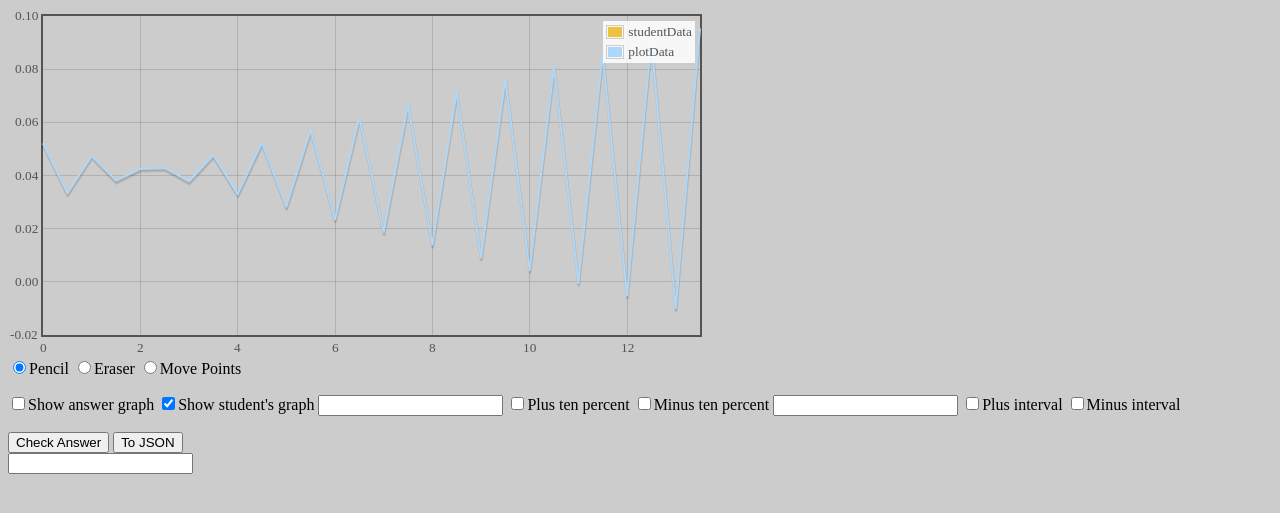
Repository: danmartelly/601autogradeGraphs
Page: flotSketching/test.html
The author's editor kept a copy of each file at every save. The page is drawn from the files as they stood at one save, then again after the next save.
The browser window is 1280 px wide. The pictures show the whole page.

Above is the page before, as saved 2014-01-30 17:21:30.

### flotSketching/test.html
<html>
<head>
	<title>Let's try Flot</title>
	<link href="test.css" rel="stylesheet" type="text/css">
	<script type="text/javascript" src="flot/jquery.js"></script>
	<script type="text/javascript" src="flot/jquery.flot.js"></script>
	<script type="text/javascript" src="jquery.flot.drawing.js"></script>
	<script type="text/javascript" src="JSON.js"></script>
	<script type="text/javascript" src="test.js"></script>
</head>
<body>
	<div id="content">
		<div class="demo-container">
			<div id="placeholder" class="demo-placeholder"></div>
		</div>
	</div>
	<form id="tool">
		<input id="pencilRadio" type="radio" name="tool" value="pencil" checked="checked">Pencil
		<input id ="eraserRadio" type="radio" name="tool" value="eraser">Eraser
		<input id="movePointRadio" type="radio" name="tool" value="movePoint">Move Points
	</form>
	<form id="showGraphs">
		<input id="answerCheckbox" type="checkbox" name="tool" value="answerGraph">Show answer graph
		<input id="studentCheckbox" type="checkbox" name="tool" value="studentGraph" checked="checked">Show student's graph
		<input id="percentAmount" type="text" name="tool">
		<input id="plusPercent" type="checkbox" name="tool" value="plusPercent">Plus ten percent
		<input id="minusPercent" type="checkbox" name="tool" value="minusPercent">Minus ten percent
		<input id="intervalAmount" type="text" name="tool">
		<input id="plusInterval" type="checkbox" name="tool" value="plusInterval">Plus interval
		<input id="minusInterval" type="checkbox" name="tool" value="minusInterval">Minus interval
	</form>
	<button id="compareButton" type="button">Check Answer</button>
	<button id="toJSON" type="button">To JSON</button>
	<div id="feedback">
	</div>
	<input type="text" id="jsonText">
</body>
</html>

### flotSketching/test.css
body {
	background-color: #CCCCCC;
}

#content {
	width: 880px;
}

.demo-container {
	width: 700px;
	height: 350px;
}

.demo-placeholder {
	width: 100%;
	height: 100%;
}

### flotSketching/JSON.js
/*
json2.js
2013-05-26

Public Domain.

NO WARRANTY EXPRESSED OR IMPLIED. USE AT YOUR OWN RISK.

See http://www.JSON.org/js.html


This code should be minified before deployment.
See http://javascript.crockford.com/jsmin.html

USE YOUR OWN COPY. IT IS EXTREMELY UNWISE TO LOAD CODE FROM SERVERS YOU DO
NOT CONTROL.


This file creates a global JSON object containing two methods: stringify
and parse.

JSON.stringify(value, replacer, space)
value any JavaScript value, usually an object or array.

replacer an optional parameter that determines how object
values are stringified for objects. It can be a
function or an array of strings.

space an optional parameter that specifies the indentation
of nested structures. If it is omitted, the text will
be packed without extra whitespace. If it is a number,
it will specify the number of spaces to indent at each
level. If it is a string (such as '\t' or '&nbsp;'),
it contains the characters used to indent at each level.

This method produces a JSON text from a JavaScript value.

When an object value is found, if the object contains a toJSON
method, its toJSON method will be called and the result will be
stringified. A toJSON method does not serialize: it returns the
value represented by the name/value pair that should be serialized,
or undefined if nothing should be serialized. The toJSON method
will be passed the key associated with the value, and this will be
bound to the value

For example, this would serialize Dates as ISO strings.

Date.prototype.toJSON = function (key) {
function f(n) {
// Format integers to have at least two digits.
return n < 10 ? '0' + n : n;
}

return this.getUTCFullYear() + '-' +
f(this.getUTCMonth() + 1) + '-' +
f(this.getUTCDate()) + 'T' +
f(this.getUTCHours()) + ':' +
f(this.getUTCMinutes()) + ':' +
f(this.getUTCSeconds()) + 'Z';
};

You can provide an optional replacer method. It will be passed the
key and value of each member, with this bound to the containing
object. The value that is returned from your method will be
serialized. If your method returns undefined, then the member will
be excluded from the serialization.

If the replacer parameter is an array of strings, then it will be
used to select the members to be serialized. It filters the results
such that only members with keys listed in the replacer array are
stringified.

Values that do not have JSON representations, such as undefined or
functions, will not be serialized. Such values in objects will be
dropped; in arrays they will be replaced with null. You can use
a replacer function to replace those with JSON values.
JSON.stringify(undefined) returns undefined.

The optional space parameter produces a stringification of the
value that is filled with line breaks and indentation to make it
easier to read.

If the space parameter is a non-empty string, then that string will
be used for indentation. If the space parameter is a number, then
the indentation will be that many spaces.

Example:

text = JSON.stringify(['e', {pluribus: 'unum'}]);
// text is '["e",{"pluribus":"unum"}]'


text = JSON.stringify(['e', {pluribus: 'unum'}], null, '\t');
// text is '[\n\t"e",\n\t{\n\t\t"pluribus": "unum"\n\t}\n]'

text = JSON.stringify([new Date()], function (key, value) {
return this[key] instanceof Date ?
'Date(' + this[key] + ')' : value;
});
// text is '["Date(---current time---)"]'


JSON.parse(text, reviver)
This method parses a JSON text to produce an object or array.
It can throw a SyntaxError exception.

The optional reviver parameter is a function that can filter and
transform the results. It receives each of the keys and values,
and its return value is used instead of the original value.
If it returns what it received, then the structure is not modified.
If it returns undefined then the member is deleted.

Example:

// Parse the text. Values that look like ISO date strings will
// be converted to Date objects.

myData = JSON.parse(text, function (key, value) {
var a;
if (typeof value === 'string') {
a =
/^(\d{4})-(\d{2})-(\d{2})T(\d{2}):(\d{2}):(\d{2}(?:\.\d*)?)Z$/.exec(value);
if (a) {
return new Date(Date.UTC(+a[1], +a[2] - 1, +a[3], +a[4],
+a[5], +a[6]));
}
}
return value;
});

myData = JSON.parse('["Date(09/09/2001)"]', function (key, value) {
var d;
if (typeof value === 'string' &&
value.slice(0, 5) === 'Date(' &&
value.slice(-1) === ')') {
d = new Date(value.slice(5, -1));
if (d) {
return d;
}
}
return value;
});


This is a reference implementation. You are free to copy, modify, or
redistribute.
*/

/*jslint evil: true, regexp: true */

/*members "", "\b", "\t", "\n", "\f", "\r", "\"", JSON, "\\", apply,
call, charCodeAt, getUTCDate, getUTCFullYear, getUTCHours,
getUTCMinutes, getUTCMonth, getUTCSeconds, hasOwnProperty, join,
lastIndex, length, parse, prototype, push, replace, slice, stringify,
test, toJSON, toString, valueOf
*/


// Create a JSON object only if one does not already exist. We create the
// methods in a closure to avoid creating global variables.

if (typeof JSON !== 'object') {
    JSON = {};
}

(function () {
    'use strict';

    function f(n) {
        // Format integers to have at least two digits.
        return n < 10 ? '0' + n : n;
    }

    if (typeof Date.prototype.toJSON !== 'function') {

        Date.prototype.toJSON = function () {

            return isFinite(this.valueOf())
                ? this.getUTCFullYear() + '-' +
                    f(this.getUTCMonth() + 1) + '-' +
                    f(this.getUTCDate()) + 'T' +
                    f(this.getUTCHours()) + ':' +
                    f(this.getUTCMinutes()) + ':' +
                    f(this.getUTCSeconds()) + 'Z'
                : null;
        };

        String.prototype.toJSON =
            Number.prototype.toJSON =
            Boolean.prototype.toJSON = function () {
                return this.valueOf();
            };
    }

    var cx = /[\u0000\u00ad\u0600-\u0604\u070f\u17b4\u17b5\u200c-\u200f\u2028-\u202f\u2060-\u206f\ufeff\ufff0-\uffff]/g,
        escapable = /[\\\"\x00-\x1f\x7f-\x9f\u00ad\u0600-\u0604\u070f\u17b4\u17b5\u200c-\u200f\u2028-\u202f\u2060-\u206f\ufeff\ufff0-\uffff]/g,
        gap,
        indent,
        meta = { // table of character substitutions
            '\b': '\\b',
            '\t': '\\t',
            '\n': '\\n',
            '\f': '\\f',
            '\r': '\\r',
            '"' : '\\"',
            '\\': '\\\\'
        },
        rep;


    function quote(string) {

// If the string contains no control characters, no quote characters, and no
// backslash characters, then we can safely slap some quotes around it.
// Otherwise we must also replace the offending characters with safe escape
// sequences.

        escapable.lastIndex = 0;
        return escapable.test(string) ? '"' + string.replace(escapable, function (a) {
            var c = meta[a];
            return typeof c === 'string'
                ? c
                : '\\u' + ('0000' + a.charCodeAt(0).toString(16)).slice(-4);
        }) + '"' : '"' + string + '"';
    }


    function str(key, holder) {

// Produce a string from holder[key].

        var i, // The loop counter.
            k, // The member key.
            v, // The member value.
            length,
            mind = gap,
            partial,
            value = holder[key];

// If the value has a toJSON method, call it to obtain a replacement value.

        if (value && typeof value === 'object' &&
                typeof value.toJSON === 'function') {
            value = value.toJSON(key);
        }

// If we were called with a replacer function, then call the replacer to
// obtain a replacement value.

        if (typeof rep === 'function') {
            value = rep.call(holder, key, value);
        }

// What happens next depends on the value's type.

        switch (typeof value) {
        case 'string':
            return quote(value);

        case 'number':

// JSON numbers must be finite. Encode non-finite numbers as null.

            return isFinite(value) ? String(value) : 'null';

        case 'boolean':
        case 'null':

// If the value is a boolean or null, convert it to a string. Note:
// typeof null does not produce 'null'. The case is included here in
// the remote chance that this gets fixed someday.

            return String(value);

// If the type is 'object', we might be dealing with an object or an array or
// null.

        case 'object':

// Due to a specification blunder in ECMAScript, typeof null is 'object',
// so watch out for that case.

            if (!value) {
                return 'null';
            }

// Make an array to hold the partial results of stringifying this object value.

            gap += indent;
            partial = [];

// Is the value an array?

            if (Object.prototype.toString.apply(value) === '[object Array]') {

// The value is an array. Stringify every element. Use null as a placeholder
// for non-JSON values.

                length = value.length;
                for (i = 0; i < length; i += 1) {
                    partial[i] = str(i, value) || 'null';
                }

// Join all of the elements together, separated with commas, and wrap them in
// brackets.

                v = partial.length === 0
                    ? '[]'
                    : gap
                    ? '[\n' + gap + partial.join(',\n' + gap) + '\n' + mind + ']'
                    : '[' + partial.join(',') + ']';
                gap = mind;
                return v;
            }

// If the replacer is an array, use it to select the members to be stringified.

            if (rep && typeof rep === 'object') {
                length = rep.length;
                for (i = 0; i < length; i += 1) {
                    if (typeof rep[i] === 'string') {
                        k = rep[i];
                        v = str(k, value);
                        if (v) {
                            partial.push(quote(k) + (gap ? ': ' : ':') + v);
                        }
                    }
                }
            } else {

// Otherwise, iterate through all of the keys in the object.

                for (k in value) {
                    if (Object.prototype.hasOwnProperty.call(value, k)) {
                        v = str(k, value);
                        if (v) {
                            partial.push(quote(k) + (gap ? ': ' : ':') + v);
                        }
                    }
                }
            }

// Join all of the member texts together, separated with commas,
// and wrap them in braces.

            v = partial.length === 0
                ? '{}'
                : gap
                ? '{\n' + gap + partial.join(',\n' + gap) + '\n' + mind + '}'
                : '{' + partial.join(',') + '}';
            gap = mind;
            return v;
        }
    }

// If the JSON object does not yet have a stringify method, give it one.

    if (typeof JSON.stringify !== 'function') {
        JSON.stringify = function (value, replacer, space) {

// The stringify method takes a value and an optional replacer, and an optional
// space parameter, and returns a JSON text. The replacer can be a function
// that can replace values, or an array of strings that will select the keys.
// A default replacer method can be provided. Use of the space parameter can
// produce text that is more easily readable.

            var i;
            gap = '';
            indent = '';

// If the space parameter is a number, make an indent string containing that
// many spaces.

            if (typeof space === 'number') {
                for (i = 0; i < space; i += 1) {
                    indent += ' ';
                }

// If the space parameter is a string, it will be used as the indent string.

            } else if (typeof space === 'string') {
                indent = space;
            }

// If there is a replacer, it must be a function or an array.
// Otherwise, throw an error.

            rep = replacer;
            if (replacer && typeof replacer !== 'function' &&
                    (typeof replacer !== 'object' ||
                    typeof replacer.length !== 'number')) {
                throw new Error('JSON.stringify');
            }

// Make a fake root object containing our value under the key of ''.
// Return the result of stringifying the value.

            return str('', {'': value});
        };
    }


// If the JSON object does not yet have a parse method, give it one.

    if (typeof JSON.parse !== 'function') {
        JSON.parse = function (text, reviver) {

// The parse method takes a text and an optional reviver function, and returns
// a JavaScript value if the text is a valid JSON text.

            var j;

            function walk(holder, key) {

// The walk method is used to recursively walk the resulting structure so
// that modifications can be made.

                var k, v, value = holder[key];
                if (value && typeof value === 'object') {
                    for (k in value) {
                        if (Object.prototype.hasOwnProperty.call(value, k)) {
                            v = walk(value, k);
                            if (v !== undefined) {
                                value[k] = v;
                            } else {
                                delete value[k];
                            }
                        }
                    }
                }
                return reviver.call(holder, key, value);
            }


// Parsing happens in four stages. In the first stage, we replace certain
// Unicode characters with escape sequences. JavaScript handles many characters
// incorrectly, either silently deleting them, or treating them as line endings.

            text = String(text);
            cx.lastIndex = 0;
            if (cx.test(text)) {
                text = text.replace(cx, function (a) {
                    return '\\u' +
                        ('0000' + a.charCodeAt(0).toString(16)).slice(-4);
                });
            }

// In the second stage, we run the text against regular expressions that look
// for non-JSON patterns. We are especially concerned with '()' and 'new'
// because they can cause invocation, and '=' because it can cause mutation.
// But just to be safe, we want to reject all unexpected forms.

// We split the second stage into 4 regexp operations in order to work around
// crippling inefficiencies in IE's and Safari's regexp engines. First we
// replace the JSON backslash pairs with '@' (a non-JSON character). Second, we
// replace all simple value tokens with ']' characters. Third, we delete all
// open brackets that follow a colon or comma or that begin the text. Finally,
// we look to see that the remaining characters are only whitespace or ']' or
// ',' or ':' or '{' or '}'. If that is so, then the text is safe for eval.

            if (/^[\],:{}\s]*$/
                    .test(text.replace(/\\(?:["\\\/bfnrt]|u[0-9a-fA-F]{4})/g, '@')
                        .replace(/"[^"\\\n\r]*"|true|false|null|-?\d+(?:\.\d*)?(?:[eE][+\-]?\d+)?/g, ']')
                        .replace(/(?:^|:|,)(?:\s*\[)+/g, ''))) {

// In the third stage we use the eval function to compile the text into a
// JavaScript structure. The '{' operator is subject to a syntactic ambiguity
// in JavaScript: it can begin a block or an object literal. We wrap the text
// in parens to eliminate the ambiguity.

                j = eval('(' + text + ')');

// In the optional fourth stage, we recursively walk the new structure, passing
// each name/value pair to a reviver function for possible transformation.

                return typeof reviver === 'function'
                    ? walk({'': j}, '')
                    : j;
            }

// If the text is not JSON parseable, then a SyntaxError is thrown.

            throw new SyntaxError('JSON.parse');
        };
    }
}());

### flotSketching/test.js
$(function() {

	var answerData = {
		label: "answerData"
		, data: []
	};
	for (var i = 0; i < 14; i += 0.5) {
		answerData.data.push([i, Math.sin(i)]);
	}

	var plotData = {
		label: "plotData"
		, data: []
	};
	function genericSin(x, amp, freq, xShift, offset) {
		return amp*Math.sin(2*Math.PI*freq*(x - xShift)) + offset;
	}
	for (var i = 0; i < 14; i += 0.5) {
		plotData.data.push([i, genericSin(i, 2.15452795, 0.99964759, 0.99957028, 0.04148915)]);
	}

	var studentData = {
		label: "studentData"
		, data: []
		, points: { show: true }
		, lines: { show: true }
	};
	var plot = null;

	var rePlot = function() {
		var allData = [];
		if ($("#studentCheckbox").prop("checked")) {
			allData.push(studentData);
		}
		if ($("#answerCheckbox").prop("checked")) {
			allData.push(answerData);
		}
		allData.push(plotData);

		var percentage = parseFloat($("#percentAmount").val());
		if ($("#plusPercent").prop("checked")) {
			var change = 1 + percentage;
			var moreData = [];
			$.each(answerData.data, function(index, value) {
				moreData.push([value[0], value[1]*change]);
			});
			allData.push({
				label: "plusPercent"
				, data: moreData
			});
		}
		if ($("#minusPercent").prop("checked")) {
			var change = 1 - percentage;
			var moreData = [];
			$.each(answerData.data, function(index, value) {
				moreData.push([value[0], value[1]*change]);
			});
			allData.push({
				label: "minusPercent"
				, data: moreData
			});
		}
		var interval = parseFloat($("#intervalAmount").val(), 10);
		if ($("#plusInterval").prop("checked")) {
			var moreData = [];
			$.each(answerData.data, function(index, value) {
				moreData.push([value[0], value[1]+interval]);
			});
			allData.push({
				label: "plusInterval"
				, data: moreData
			});
		}
		if ($("#minusInterval").prop("checked")) {
			var moreData = [];
			$.each(answerData.data, function(index, value) {
				moreData.push([value[0], value[1]-interval]);
			});
			allData.push({
				label: "minusInterval"
				, data: moreData
			});
		}

		plot = $.plot($("#placeholder"), allData, {

		});
	};
	rePlot();

	$("#placeholder").bind("plothover", function (event, pos, item) {
		//mouse position
		var str = "mouse: (" + pos.x.toFixed(2) + ", " + pos.y.toFixed(2) + ")";
		//check datapoint
		if (item) {
			var x = item.datapoint[0].toFixed(2),
				y = item.datapoint[1].toFixed(2);
			str += "\nData: (" + x + ", " + y + ")";
		}
		$("#feedback").text(str);
	});

	$("#showGraphs").change(rePlot);

	$("#compareButton").click(function(e) {
		var xaxis = plot.getAxes().xaxis;
		var minx = xaxis.datamin;
		var maxx = xaxis.datamax;
		var s = plot.getData();
		var refArray = s[1].data;
		var otherArray = s[0].data;
		var compareResult = compareData(refArray, otherArray, minx, maxx, (maxx-minx)/10);
		$("#feedback").text(compareResult["variance"]);
	});

	$("#toJSON").click(function(e) {
		var jsonData = JSON.stringify(plot.getData());
		$("#jsonText").val(jsonData);
	});

	// way to compare the data
	function compareData(refArray, otherArray, loLimit, hiLimit, interval) {
		// find variance
		var variance;
		var counter = 0;
		var squareTotal = 0;
		for (var x = loLimit; x <= hiLimit; x = x + interval) {
			counter++;
			var refy = linearInterpolate(refArray, x);
			var othery = linearInterpolate(otherArray, x);
			squareTotal += Math.pow((refy - othery), 2);
		}
		variance = squareTotal/counter;
		return {
			"variance":variance,
		};
	}

	// Take in an array and an x value, and linearly interpolate to find the
	// associated y value
	function linearInterpolate(dataArray, x) {
		var before = null, after = null;
		for (var i = 0; i < dataArray.length; i++) {
			if (dataArray[i][0] > x) {
				after = dataArray[i];
				before = dataArray[i-1];
				break;
			}
		}
		if (before == undefined) {
			return after[1];
		} else {
			//linearly interpolate at this point
			var x0 = before[0];
			var y0 = before[1];
			var x1 = after[0];
			var y1 = after[1];
			return y0 + (y1 - y0)*(x - x0)/(x1 - x0);
		}
	}


});

Loaded but not shown: flotSketching/flot/jquery.js (library); flotSketching/flot/jquery.flot.js (library); flotSketching/jquery.flot.drawing.js (library)

After the next save:
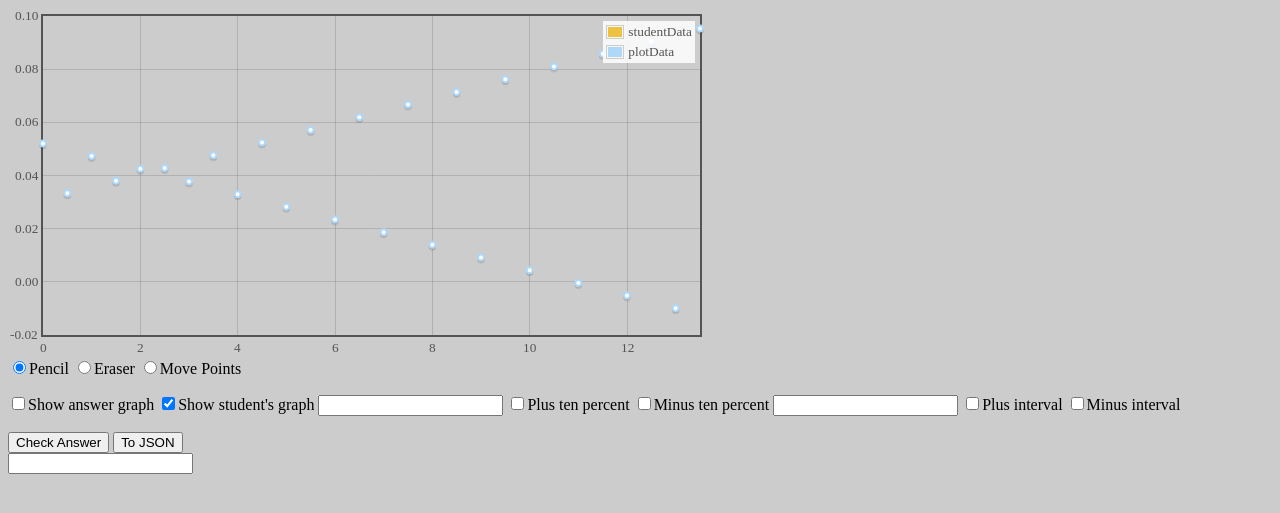
Saved 5 min 27 s later.
--- a/flotSketching/test.js
+++ b/flotSketching/test.js
@@ -3,6 +3,7 @@ $(function() {
 	var answerData = {
 		label: "answerData"
 		, data: []
+		, points: {show: true}
 	};
 	for (var i = 0; i < 14; i += 0.5) {
 		answerData.data.push([i, Math.sin(i)]);
@@ -11,6 +12,7 @@ $(function() {
 	var plotData = {
 		label: "plotData"
 		, data: []
+		, points: {show: true}
 	};
 	function genericSin(x, amp, freq, xShift, offset) {
 		return amp*Math.sin(2*Math.PI*freq*(x - xShift)) + offset;
